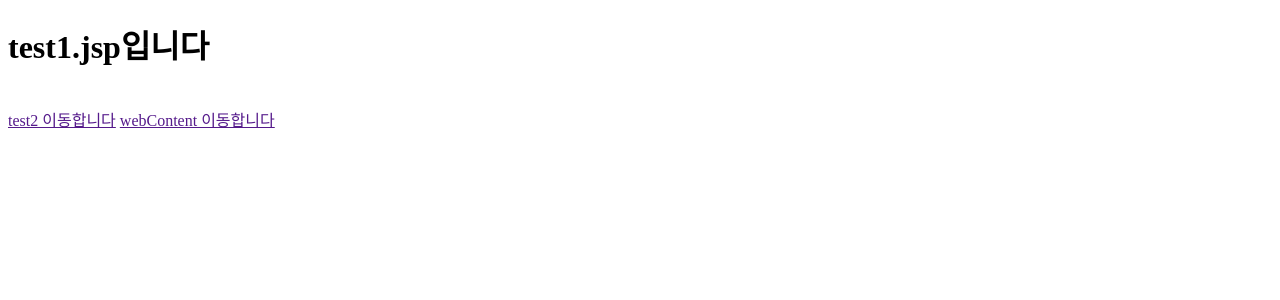
Repository: ryu1917/jsp
Page: http://localhost/jsp/test1/test1.jsp
The author's editor kept a copy of each file at every save. The page is drawn from the files as they stood at one save, then again after the next save.
The browser window is 1280 px wide. The pictures show the whole page.
The page is served by Tomcat 9.

Above is the page before, as saved 2021-04-20 10:42:20.

After the next save:
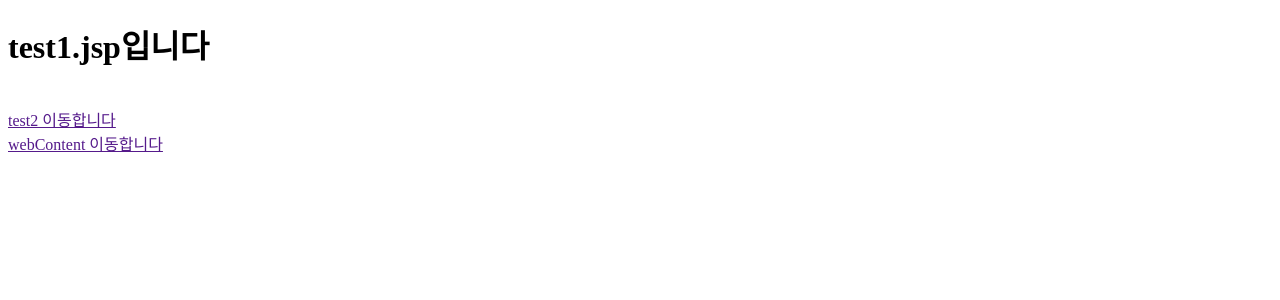
Saved 15 s later.
--- a/workspace/jsp/src/main/webapp/test1/test1.jsp
+++ b/workspace/jsp/src/main/webapp/test1/test1.jsp
@@ -8,7 +8,7 @@
 </head>
 <body>
 <h1>test1.jsp입니다</h1><br>
-<a href="">test2 이동합니다</a>
+<a href="">test2 이동합니다</a><br>
 <a href="">webContent 이동합니다</a>
 </body>
 </html>
